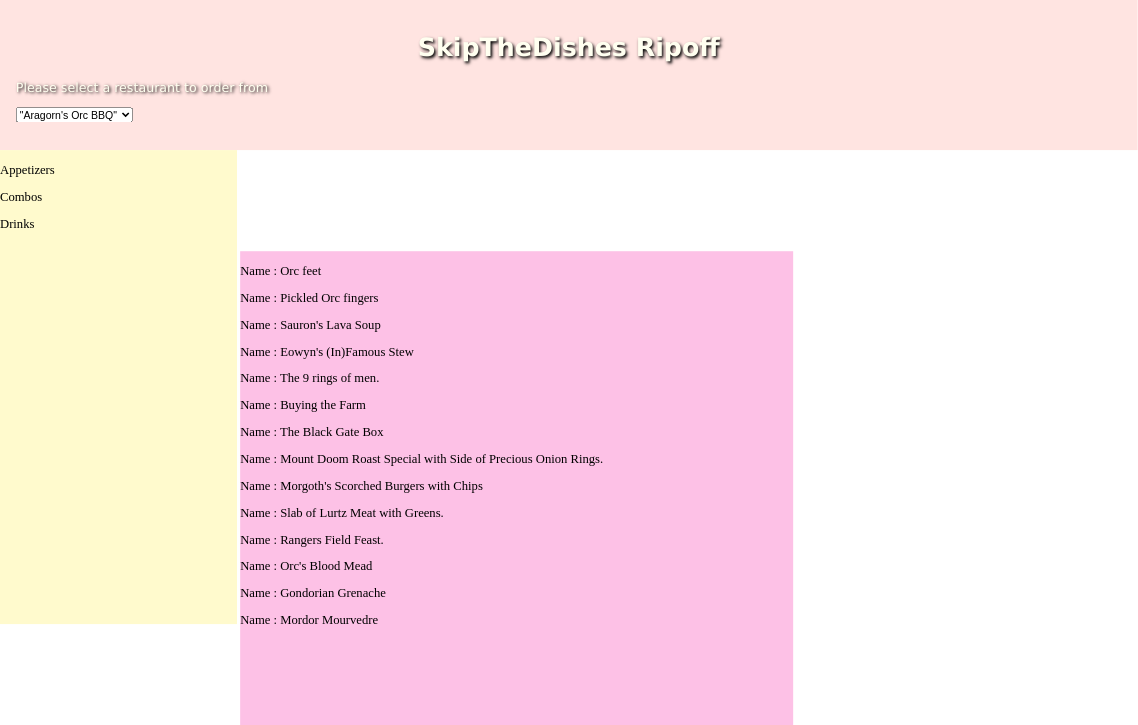
Repository: hudaali14/Carleton
Page: 2406/Assignments/Assignment1 (97)/order.html
These files come from the project's save history. The page is drawn as it stood at one moment and after the next save; the edit follows.
The browser window is 1280 px wide. The page is 1440 px wide, so the pictures cover 1440 px, including what lies to the right of the window. The pictures show the whole page, at 79% of full size.
After loading, the first visible `#dropdown` was changed once.

Above is the page before, as saved 2020-01-25 20:34:38.

After the next save:
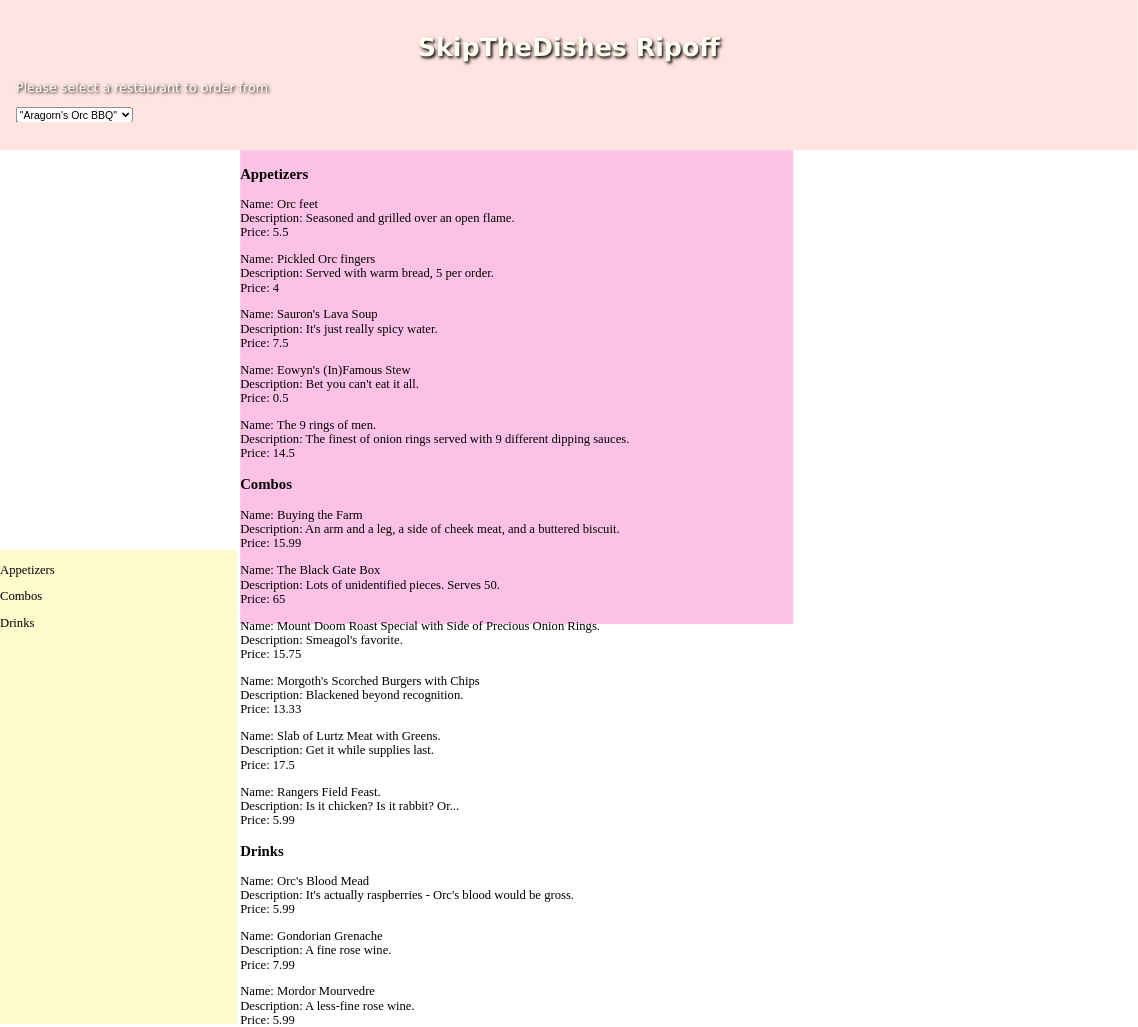
Saved 4 min 46 s later.
--- a/2406/Assignments/Assignment1 (97)/client.js
+++ b/2406/Assignments/Assignment1 (97)/client.js
@@ -329,15 +329,19 @@
 
 function displayItems(restaurant, restaurantMenu){
 	let itemMenu = document.getElementById("items");
-	itemMenu.innerHTML="";
+	itemMenu.innerHTML = "";
 	let categoryItems = restaurant.menu;
-	let counter=0;
-  	for(let i=0; i<restaurantMenu.length;i++){
-    	while(typeof restaurant.menu[restaurantMenu[i]][counter]!== "undefined"){
-			let item= restaurant.menu[restaurantMenu[i]][counter];
+	let counter = 0;
+  	for(let i = 0; i < restaurantMenu.length; i++){
+		  let category = document.createElement("h3");
+		  category.innerHTML = restaurantMenu[i]+"<br/>";
+		  itemMenu.appendChild(category);
+    	while(typeof restaurant.menu[restaurantMenu[i]][counter] !== "undefined"){
+			let item = restaurant.menu[restaurantMenu[i]][counter];
 			let para = document.createElement("p");
-			para.innerHTML+="Name : "+item.name;
-			//para.innerHTML+=item.name;
+			para.innerHTML = "Name: " + item.name + "<br/>";
+			para.innerHTML += "Description: " + item.description + "<br/>";
+			para.innerHTML += "Price: " + item.price + "<br/>";
 			itemMenu.appendChild(para);
       		counter++;
     	}
